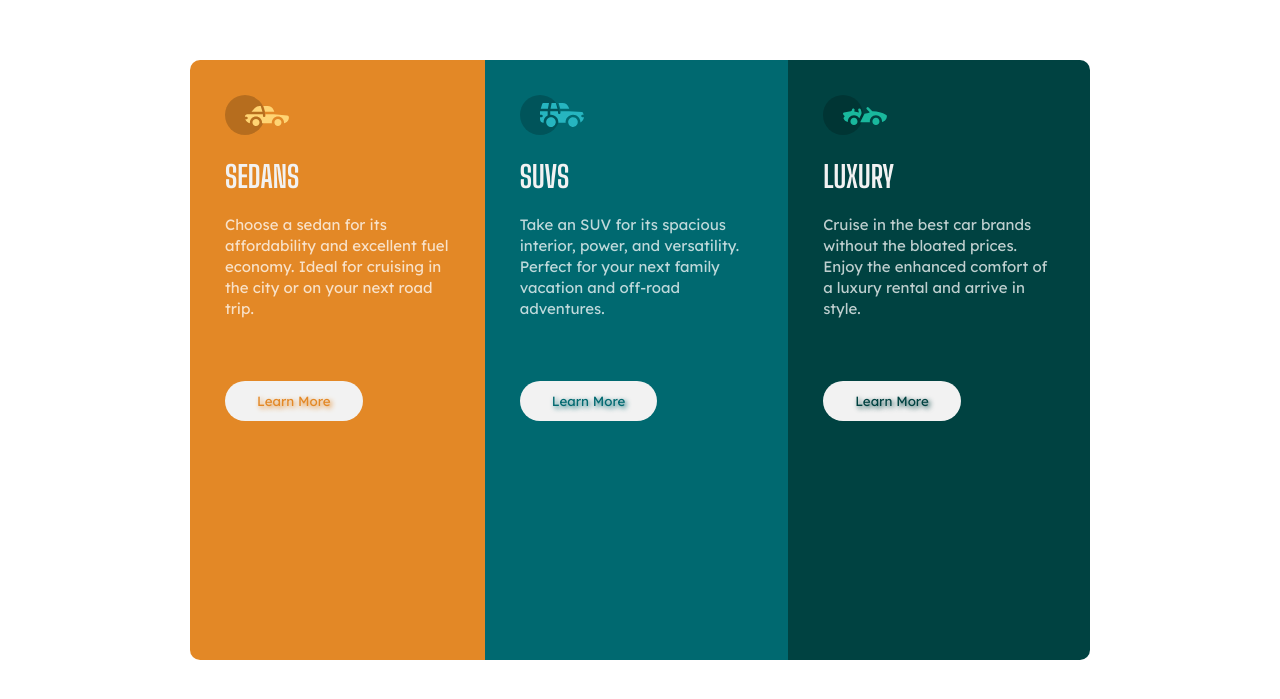
Repository: thaibaocoder1/3-column-card
Page: index.html
The author's editor kept a copy of each file at every save. The page is drawn from the files as they stood at one save, then again after the next save.
The browser window is 1280 px wide. The pictures show the whole page.

Above is the page before, as saved 2023-01-11 21:09:30.

### index.html
<!DOCTYPE html>
<html lang="en">
<head>
  <meta charset="UTF-8">
  <meta name="viewport" content="width=device-width, initial-scale=1.0">
  <link rel="icon" type="image/png" sizes="32x32" href="./images/favicon-32x32.png">
  <title>Frontend Mentor | 3-column preview card component</title>
  <link rel="preconnect" href="https://fonts.googleapis.com">
  <link rel="preconnect" href="https://fonts.gstatic.com" crossorigin>
  <link href="https://fonts.googleapis.com/css2?family=Big+Shoulders+Display:wght@700&family=Lexend+Deca&display=swap" rel="stylesheet">
  <link rel="stylesheet" href="./styles.css">
</head>
<body>

  <main class="container">
    <div class="container__box container__box--one">
      <img src="./images/icon-sedans.svg" alt="" class="container--image">
      <h1 class="container--heading">Sedans</h1>
      <p class="container--content">
        Choose a sedan for its affordability and excellent fuel economy. Ideal for cruising in the city
        or on your next road trip.
      </p>
      <button class="container--btn container--btn-one">Learn More</button>
    </div>

    <div class="container__box container__box--two">
      <img src="./images/icon-suvs.svg" alt="" class="container--image">
      <h1 class="container--heading">Suvs</h1>
      <p class="container--content">
        Take an SUV for its spacious interior, power, and versatility. Perfect for your next family vacation
        and off-road adventures.
      </p>
      <button class="container--btn container--btn-two">Learn More</button>
    </div>

    <div class="container__box container__box--three">
      <img src="./images/icon-luxury.svg" alt="" class="container--image">
      <h1 class="container--heading">Luxury</h1>
      <p class="container--content">
        Cruise in the best car brands without the bloated prices. Enjoy the enhanced comfort of a luxury
        rental and arrive in style.
      </p>
      <button class="container--btn container--btn-three">Learn More</button>
    </div>
  </main>


</body>
</html>

### styles.css
* {
    margin: 0;
    padding: 0;
    box-sizing: border-box;
}
html {
    font-size: 62.5%;
}
body {
    text-rendering: optimizeLegibility;
    scroll-behavior: smooth;
    font-family: 'Big Shoulders Display', cursive;
    font-family: 'Lexend Deca', sans-serif;
    display: flex;
    align-items: center;
    justify-content: center;
    min-height: calc(100vh - 1px);
}
:root {
    --bright-orange: hsl(31, 77%, 52%);
    --dark-cyan: hsl(184, 100%, 22%);
    --very-dark-cyan: hsl(179, 100%, 13%);
    --white-p:  hsla(0, 0%, 100%, 0.75);
    --light-gray: hsl(0, 0%, 95%);
}
.container {
    max-width: 90rem;
    min-height: 60rem;
    margin: 0 auto;
    display: flex;
    align-items: stretch;
    justify-content: center;
}
.container .container__box--one {
    background-color: var(--bright-orange);
    border-radius: 1rem 0 0 1rem;
}
.container .container__box--two {
    background-color: var(--dark-cyan);
}
.container .container__box--three {
    background-color: var(--very-dark-cyan);
    border-radius: 0 1rem 1rem 0;
}
.container .container__box {
    padding: 3.5rem;
}
.container__box .container--heading {
    color: var(--light-gray);
    font-family: 'Big Shoulders Display', cursive;
    text-transform: uppercase;
    font-size: 3rem;
    margin: 2rem 0;
    font-weight: 500;
}
.container__box .container--content {
    color: var(--white-p);
    margin-bottom: 6.2rem;
    font-size: 1.5rem;
    line-height: 1.4;
}
.container__box .container--btn {
    padding: 1.2rem 3.2rem;
    border: none;
    border-radius: 2rem;
    background-color: var(--light-gray);
    cursor: pointer;
}
.container__box .container--btn-one {
    color: var(--bright-orange);
    font-family: 'Lexend Deca', sans-serif;
    font-weight: 500;
    text-shadow: 2px 2px 5px var(--bright-orange);
}
.container__box .container--btn-two {
    color: var(--dark-cyan);
    font-family: 'Lexend Deca', sans-serif;
    font-weight: 500;
    text-shadow: 2px 2px 5px var(--dark-cyan);
}
.container__box .container--btn-three {
    color: var(--very-dark-cyan);
    font-family: 'Lexend Deca', sans-serif;
    font-weight: 500;
    text-shadow: 2px 2px 5px var(--very-dark-cyan);
}

After the next save:
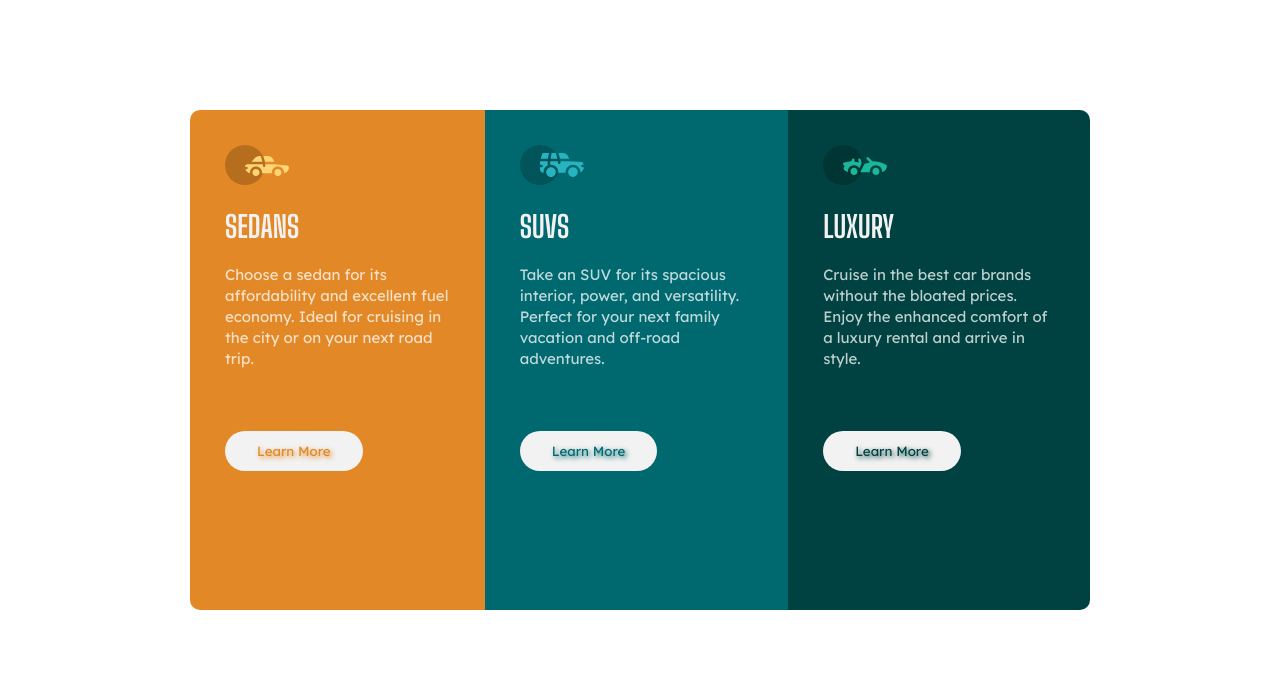
Saved 5 s later.
--- a/styles.css
+++ b/styles.css
@@ -25,7 +25,7 @@
 }
 .container {
     max-width: 90rem;
-    min-height: 60rem;
+    min-height: 50rem;
     margin: 0 auto;
     display: flex;
     align-items: stretch;
